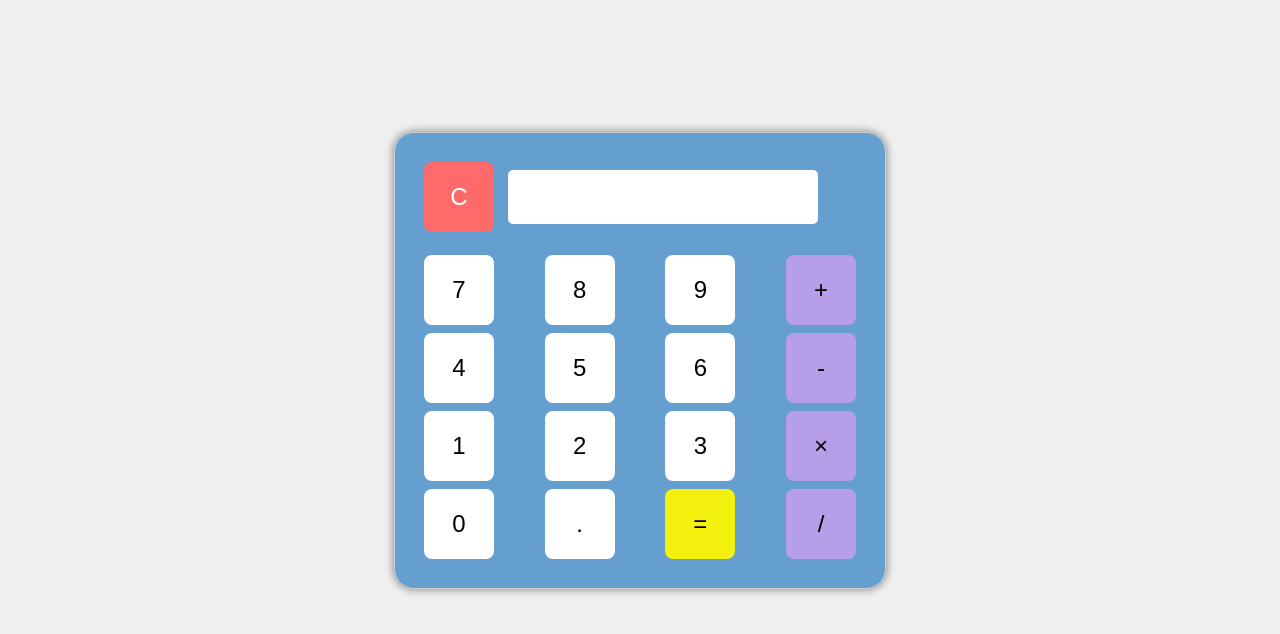
Repository: Burnmyheart/calculator
Page: index.html
The author's editor kept a copy of each file at every save. The page is drawn from the files as they stood at one save, then again after a run of saves.
The browser window is 1280 px wide. The pictures show the whole page.

Above is the page before, as saved 2025-04-28 22:49:26.

### index.html
<!DOCTYPE html>
<html lang="en">
  <head>
    <meta charset="UTF-8" />
    <meta name="viewport" content="width=device-width, initial-scale=1.0" />
    <title>Калькулятор</title>
    <link rel="stylesheet" href="style.css" />
  </head>
  <body>
    <div class="calculator">
      <!-- Поле вывода и кнопка сброса -->
      <div class="display-container">
        <button class="clear" onclick="clearDisplay()">C</button>
        <input type="text" id="display" readonly />
      </div>

      <!-- Кнопки калькулятора -->
      <div>
        <button onclick="addNumber('7')">7</button>
        <button onclick="addNumber('8')">8</button>
        <button onclick="addNumber('9')">9</button>
        <button class="operation" onclick="addOperation('+')">+</button>
      </div>
      <div>
        <button onclick="addNumber('4')">4</button>
        <button onclick="addNumber('5')">5</button>
        <button onclick="addNumber('6')">6</button>
        <button class="operation" onclick="addOperation('-')">-</button>
      </div>
      <div>
        <button onclick="addNumber('1')">1</button>
        <button onclick="addNumber('2')">2</button>
        <button onclick="addNumber('3')">3</button>
        <button class="operation" onclick="addOperation('*')">×</button>
      </div>
      <div>
        <button onclick="addNumber('0')">0</button>
        <button onclick="addNumber('.')">.</button>
        <button class="calculate" onclick="calculate()">=</button>
        <button class="operation" onclick="addOperation('/')">/</button>
      </div>
    </div>

    <script src="calculator.js"></script>
  </body>
</html>

### style.css
/* Базовые стили для читаемости */
body {
  display: flex;
  justify-content: center;
  align-items: center;
  min-height: 100vh;
  margin: 0;
  background-color: #f0f0f0;
}

.calculator {
  background-color: #649fcf;
  padding: 25px;
  border: 1px solid #ccc;
  border-radius: 20px;
  width: 440px;
  box-shadow: 0 0 10px 0 rgba(0, 0, 0, 0.5);
}

.display-container {
  margin-bottom: 15px;
  display: flex;
  align-items: center;
  gap: 10px;
}

#display {
  width: 300px;
  height: 50px;
  padding: 2px 5px;
  text-align: right;
  font-size: 24px;
  border-radius: 5px;
  border: none;
}

.calculator > div:not(.display-container) {
  display: flex;
  justify-content: space-between;
}

button {
  width: 70px;
  height: 70px;
  margin: 4px;
  border: none;
  background-color: white;
  border-radius: 8px;
  font-size: 24px;
  cursor: pointer;
}

.clear {
  background-color: #ff6b6b;
  color: white;
}

.calculate {
  background-color: #f5f10f;
}

.operation {
  background-color: #ef9efa98;
}

### calculator.js
// Получаем элемент дисплея
const display = document.getElementById("display");

// Переменные для хранения данных
let firstNumber = "";
let operator = "";
let newNumber = false;

// Добавление цифры
function addNumber(num) {
  if (newNumber) {
    display.value = num;
    newNumber = false;
  } else {
    display.value += num;
  }
}

// Добавление операции
function addOperation(op) {
  // Проверяем, что есть число для операции
  if (display.value === "") {
    display.value = "Ошибка: введите число";
    return;
  }
  // Если уже есть операция, выполняем её
  if (firstNumber && operator) {
    calculate();
  }
  firstNumber = display.value;
  operator = op;
  newNumber = true;
}

// Вычисление результата
function calculate() {
  // Проверяем наличие всех необходимых данных
  if (!firstNumber || !operator || !display.value) {
    display.value = "Ошибка: неполное выражение";
    return;
  }

  let result;
  let a = parseFloat(firstNumber);
  let b = parseFloat(display.value);

  switch (operator) {
    case "+":
      result = a + b;
      break;
    case "-":
      result = a - b;
      break;
    case "*":
      result = a * b;
      break;
    case "/":
      if (b === 0) {
        display.value = "Ошибка: деление на ноль";
        firstNumber = "";
        operator = "";
        newNumber = true;
        return;
      }
      result = a / b;
      break;
  }

  display.value = result;
  firstNumber = "";
  operator = "";
  newNumber = true;
}

// Очистка дисплея
function clearDisplay() {
  display.value = "";
  firstNumber = "";
  operator = "";
  newNumber = false;
}

After the next 3 saves:
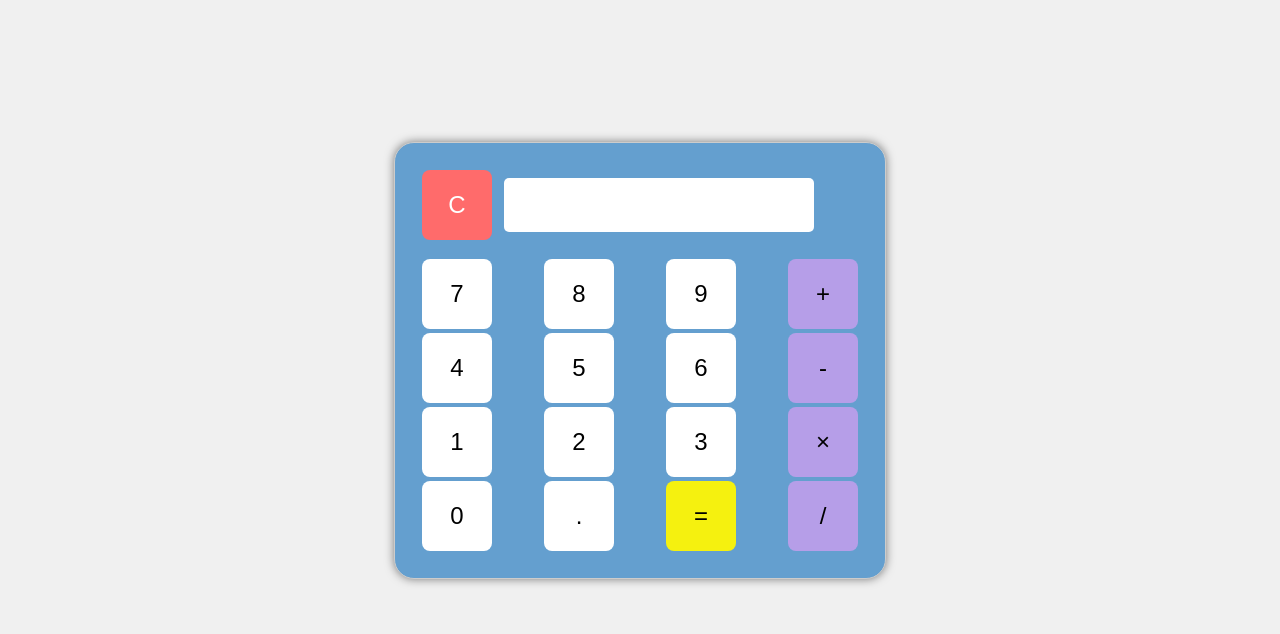
The 3 saves are shown as one change because they came seconds apart.
The last was saved 43 s later.
--- a/style.css
+++ b/style.css
@@ -37,12 +37,13 @@
 .calculator > div:not(.display-container) {
   display: flex;
   justify-content: space-between;
+  gap: 5px;
 }
 
 button {
   width: 70px;
   height: 70px;
-  margin: 4px;
+  margin: 2px;
   border: none;
   background-color: white;
   border-radius: 8px;

After the 2 saves that followed:
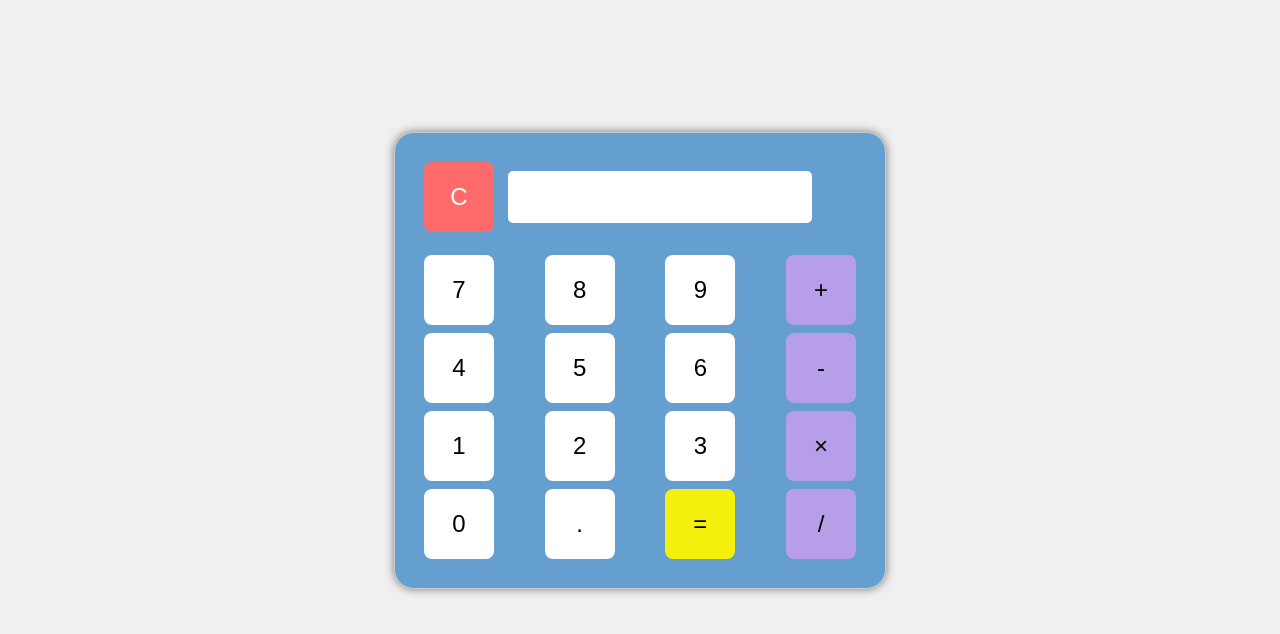
The 2 saves are shown as one change because they came seconds apart.
The last was saved 13 s later.
--- a/style.css
+++ b/style.css
@@ -27,7 +27,7 @@
 #display {
   width: 300px;
   height: 50px;
-  padding: 2px 5px;
+  pa255ng: 2px 5px;
   text-align: right;
   font-size: 24px;
   border-radius: 5px;
@@ -37,13 +37,12 @@
 .calculator > div:not(.display-container) {
   display: flex;
   justify-content: space-between;
-  gap: 5px;
 }
 
 button {
   width: 70px;
   height: 70px;
-  margin: 2px;
+  margin: 4px;
   border: none;
   background-color: white;
   border-radius: 8px;
